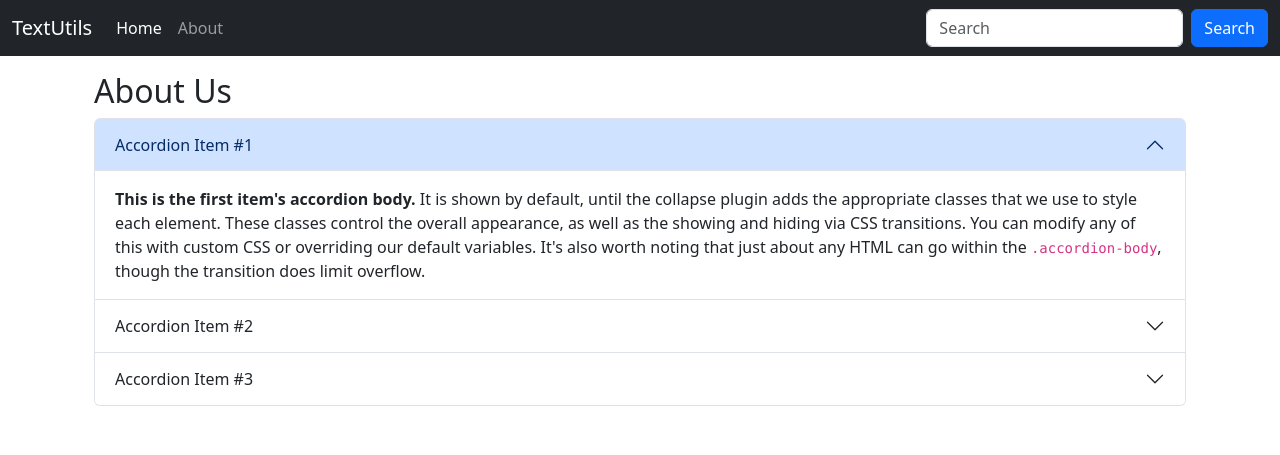
Repository: Rohit-foryou/Text-Utils
Page: /
These files come from the project's save history. The page is drawn as it stood at one moment and after the next save; the edit follows.
The browser window is 1280 px wide. The pictures show the whole page.
The project was rebuilt for these pictures with package versions that can differ from the ones it lists, and the page was loaded fresh each time. Also part of the build but not shown: src/index.css, src/App.css.

Above is the page before, as saved 2023-12-20 21:58:24.

After the next save:
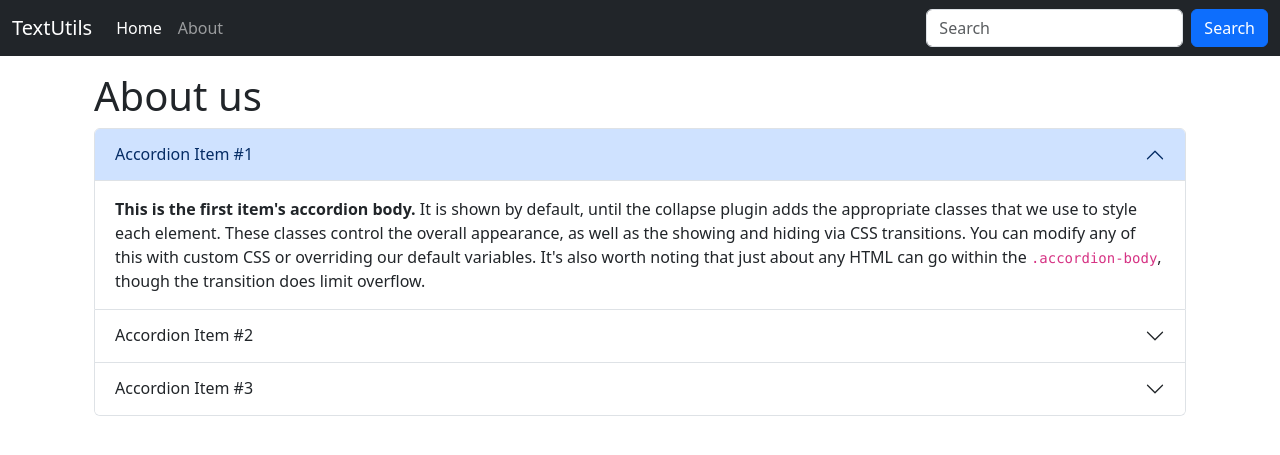
Saved 17 s later.
--- a/src/components/About.js
+++ b/src/components/About.js
@@ -3,7 +3,7 @@ import React from 'react'
 export default function About() {
   return (
     <div className='container'>
-        <h2>About Us</h2>
+        <h1>About us</h1>
       <div class="accordion" id="accordionExample">
             <div class="accordion-item">
                 <h2 class="accordion-header">
